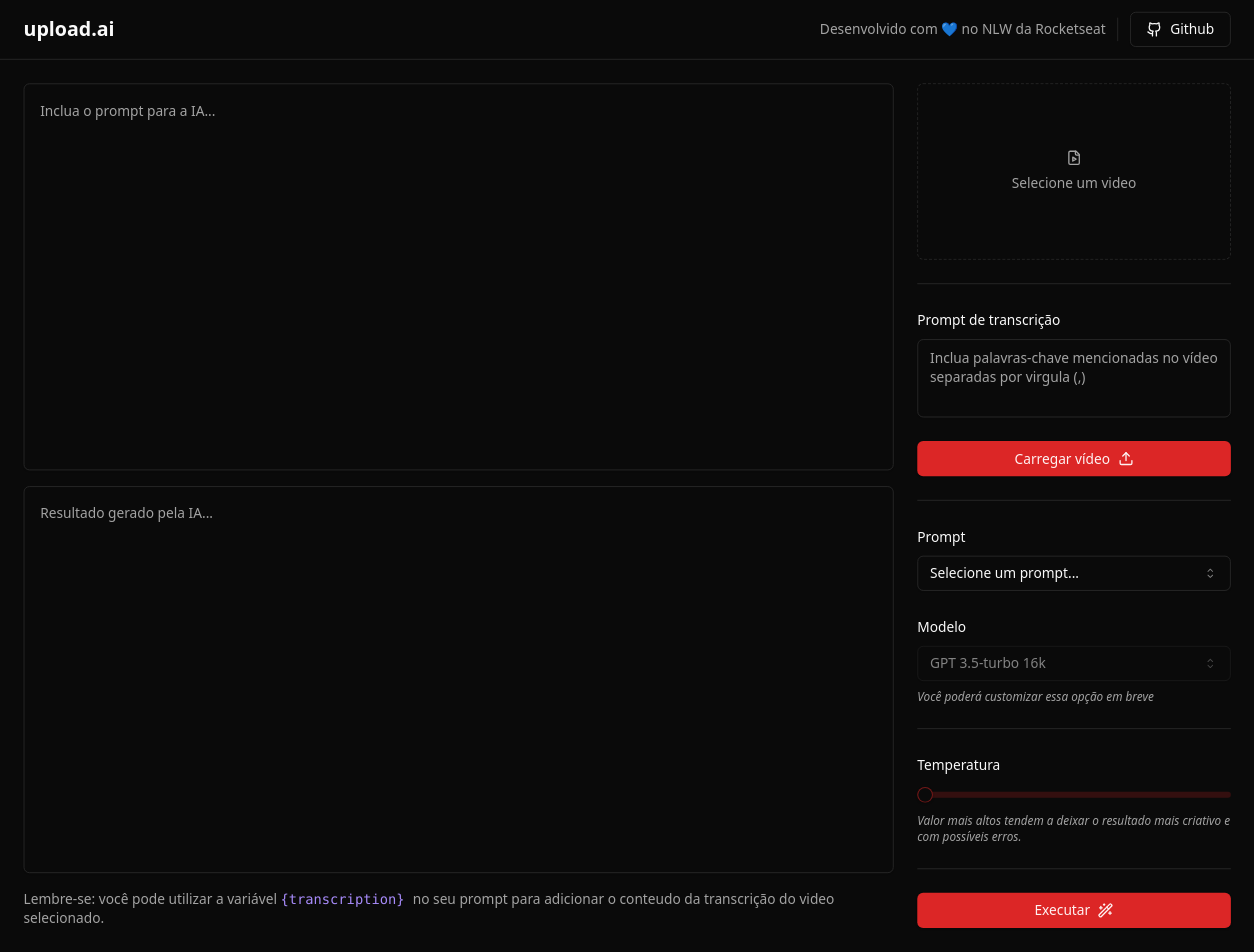
Repository: ricardolimati/upload-ai-web
Page: /
The author's editor kept a copy of each file at every save. The page is drawn from the files as they stood at one save, then again after the next save.
The browser window is 1280 px wide. The pictures show the whole page, at 98% of full size.
The project was rebuilt for these pictures with package versions that can differ from the ones it lists, and the page was loaded fresh each time. Also part of the build but not shown: vite.config.ts.

Above is the page before, as saved 2023-09-17 23:28:27.

After the next save:
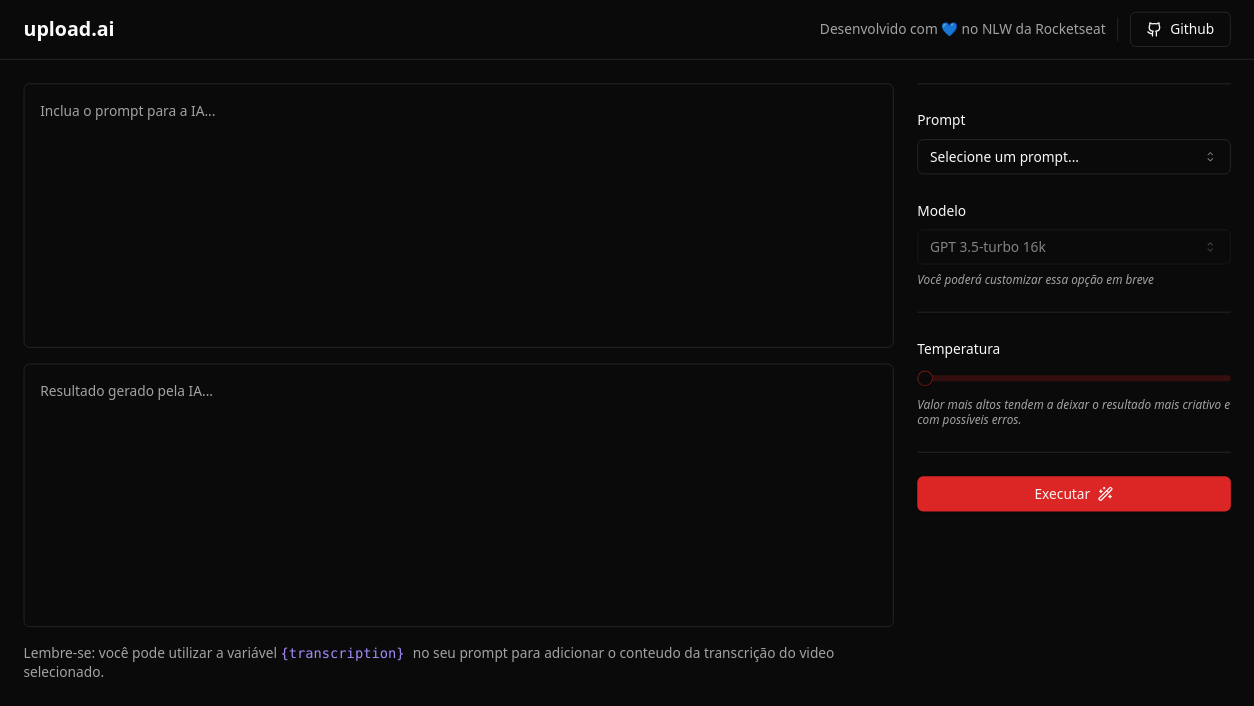
Saved 1 s later.
--- a/src/App.tsx
+++ b/src/App.tsx
@@ -40,31 +40,7 @@ export function App() {
           do video selecionado.</p>
       </div>
       <aside className="w-80 space-y-6">
-        <form className="space-y-6" >
-          <label
-          htmlFor="video"
-          className="border flex rounded-md aspect-video cursor-pointer border-dashed text-sm flex-col gap-2 items-center justify-center text-muted-foreground hover:bg-primary/5"
-          >
-            <FileVideo className="w-4 h-4" />
-            Selecione um video
-          </label>
-          <input type="file" id="video" accept="video/mp4" className="sr-only"/>
-          <Separator />
-          <div className="space-y-2">
-            <Label htmlFor="transcription_prompt">Prompt de transcrição</Label>
-            <Textarea
-            id="transcription_prompt"
-            className="h-20 leading-relaxe resize-none"
-            placeholder="Inclua palavras-chave mencionadas no vídeo separadas por virgula (,)"
-            />
-          </div>
-          <Button type="submit" className="w-full">
-            Carregar vídeo
-            <Upload
-              className="w-4 h-4 ml-2"
-            />
-          </Button>
-        </form>
+
 
         <Separator />
 
